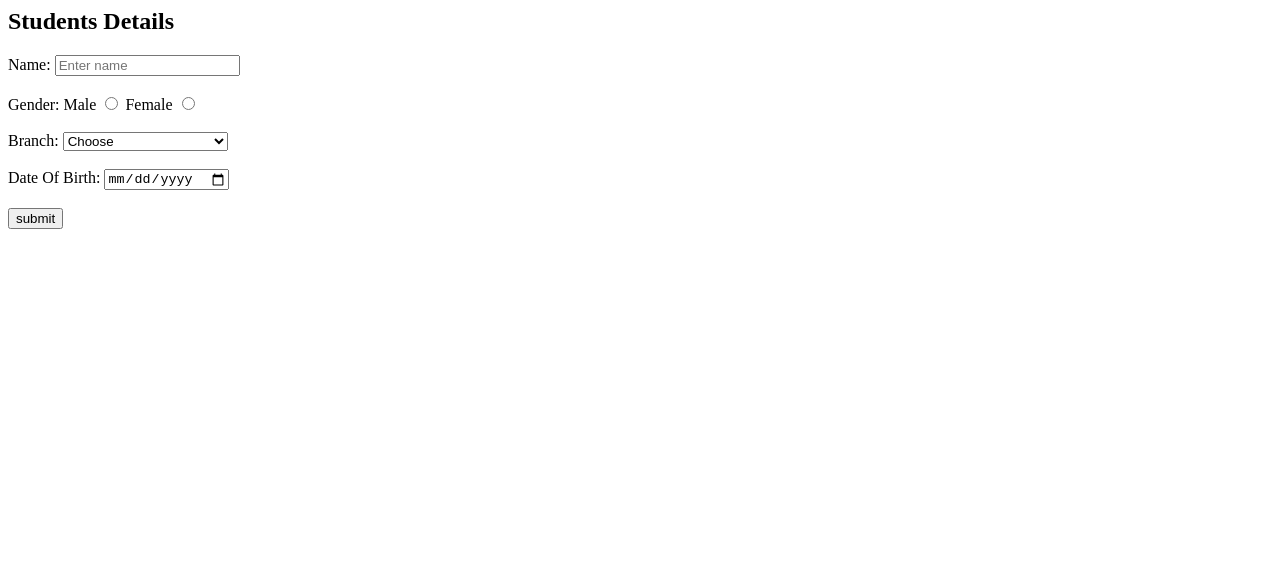
Repository: netravatih-paycorp/Assignments
Page: http://localhost/SpringMvc/home.jsp
An editor plug-in stored every save of this project. The page is shown before and after the next save, followed by the edit.
The browser window is 1280 px wide. The pictures show the whole page.
The page is served by Tomcat 9.

Above is the page before, as saved 2023-07-17 11:58:23.

After the next save:
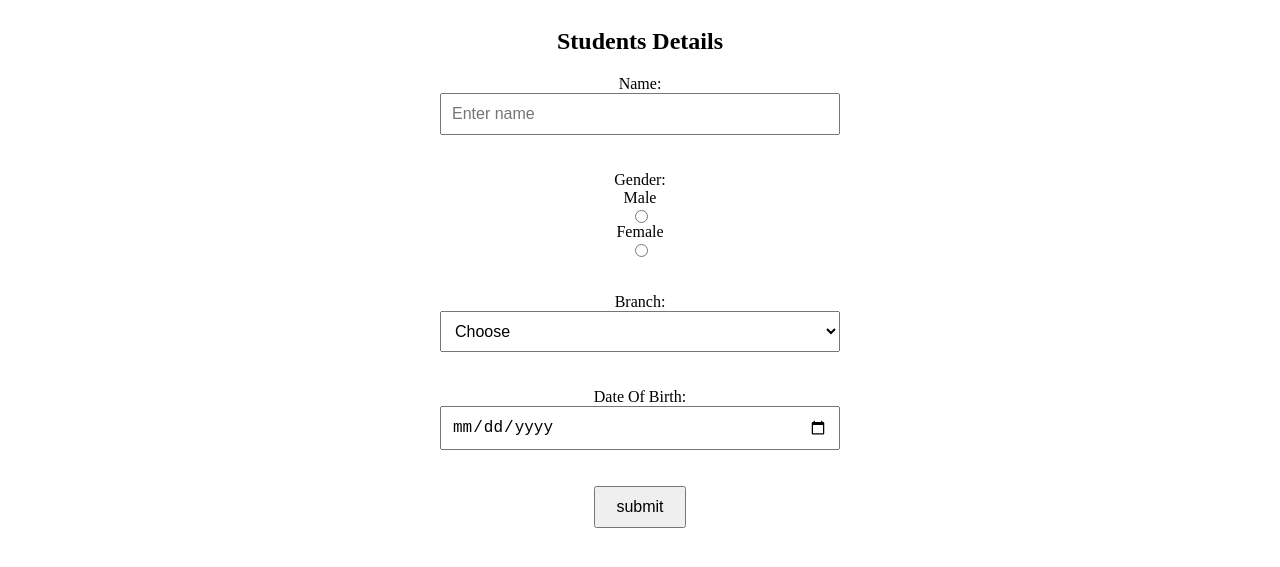
Saved 3 min 11 s later.
--- a/SpringMvc/src/main/webapp/home.jsp
+++ b/SpringMvc/src/main/webapp/home.jsp
@@ -18,6 +18,30 @@
 	    	}
 }
 </script>
+
+<style>
+form {
+  display: flex;
+  flex-direction: column;
+  align-items: center;
+  margin: 0 auto;
+  max-width: 400px;
+}
+
+input[type="text"],
+input[type="date"],
+select {
+  width: 100%;
+  padding: 10px;
+  font-size: 16px;
+}
+
+button {
+  padding: 10px 20px;
+  font-size: 16px;
+}
+
+</style>
 
 </head>
 

After the save that followed:
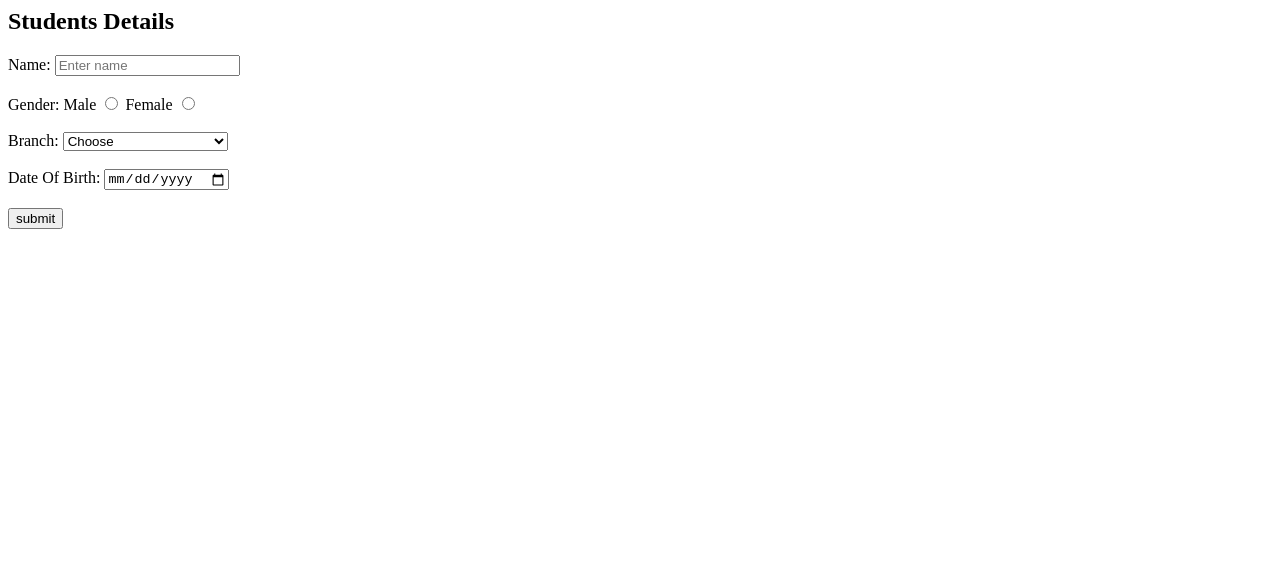
Saved 73 s later.
--- a/SpringMvc/src/main/webapp/home.jsp
+++ b/SpringMvc/src/main/webapp/home.jsp
@@ -20,26 +20,6 @@
 </script>
 
 <style>
-form {
-  display: flex;
-  flex-direction: column;
-  align-items: center;
-  margin: 0 auto;
-  max-width: 400px;
-}
-
-input[type="text"],
-input[type="date"],
-select {
-  width: 100%;
-  padding: 10px;
-  font-size: 16px;
-}
-
-button {
-  padding: 10px 20px;
-  font-size: 16px;
-}
 
 </style>
 
